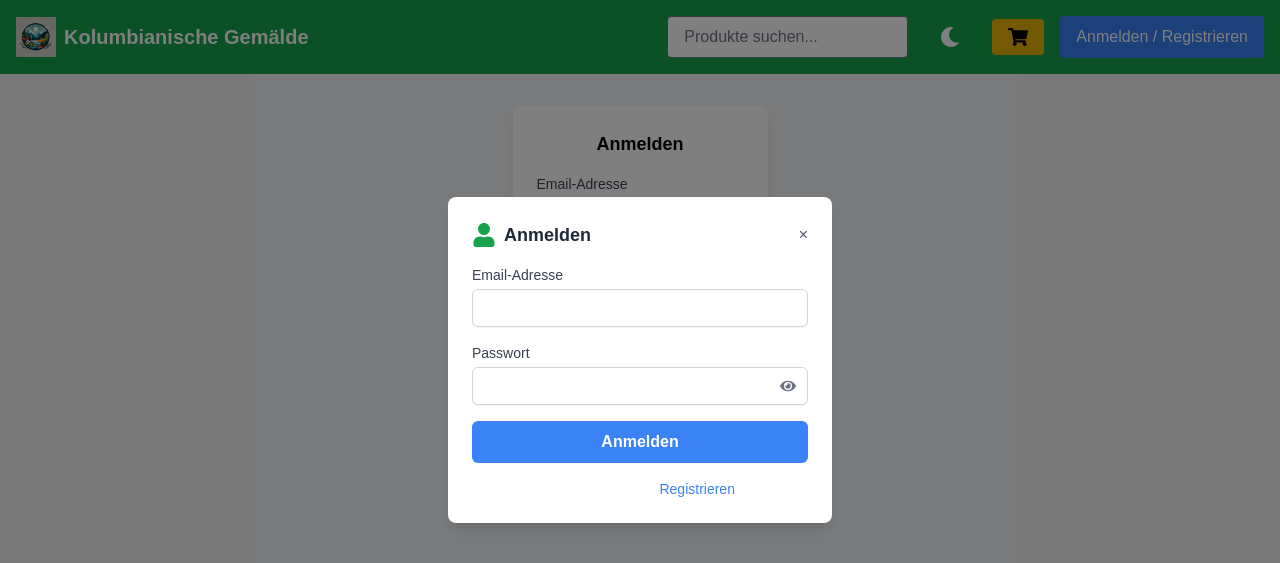
Repository: alixchaparrov/bilder-shop
Page: /, after clicking the first element matching `button.bg-blue-500`
An editor plug-in stored every save of this project. The page is shown before and after the next save, followed by the edit.
The browser window is 1280 px wide. The pictures show the whole page.
The page's requests for data from a server got no answer. The project was rebuilt for these pictures with package versions that can differ from the ones it lists, and the page was loaded fresh each time. The framework's server and built-in components were replaced by stand-ins that run in the browser. No one was signed in, and anything a server would have sent is missing. Also part of the build but not shown: next.config.ts, src/store/cartStore.ts, src/app/components/ProductCard.tsx.

Above is the page before, as saved 2025-01-06 16:52:45.

After the next save:
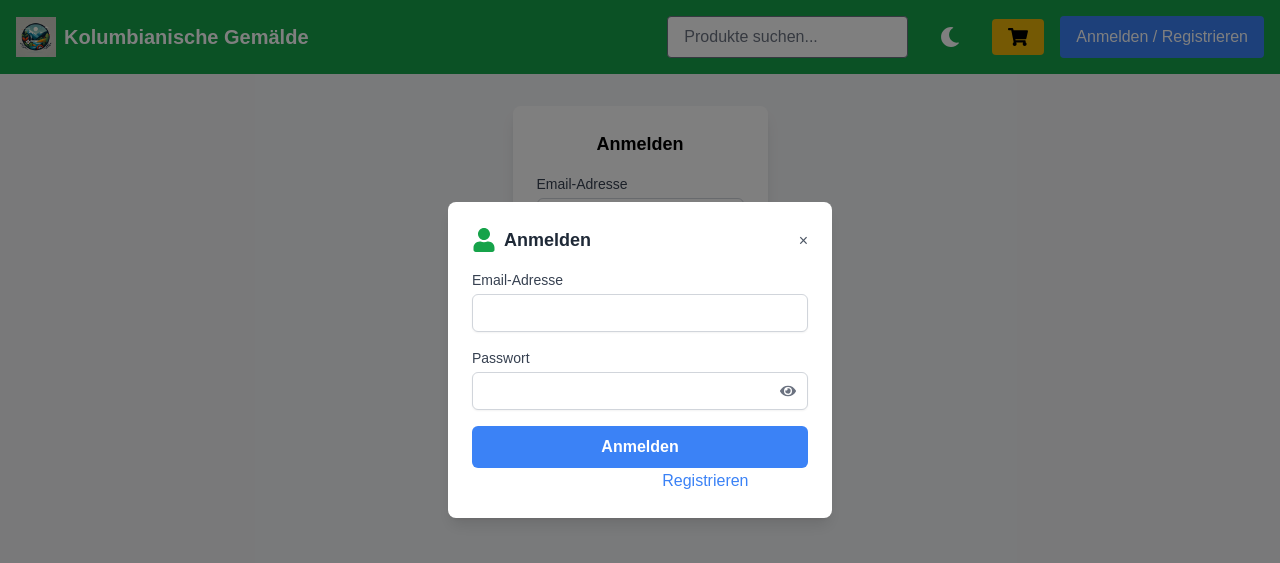
Saved 24 min 55 s later.
--- a/src/app/components/AuthModalContent.tsx
+++ b/src/app/components/AuthModalContent.tsx
@@ -136,7 +136,7 @@
 
         {/* Footer */}
 
-        <div className="mt-4 text-sm text-center">
+        <div className="flex flex-col items-center">
           {isRegistering ? (
             <p>
               Haben Sie ein Konto?{" "}

After the save that followed:
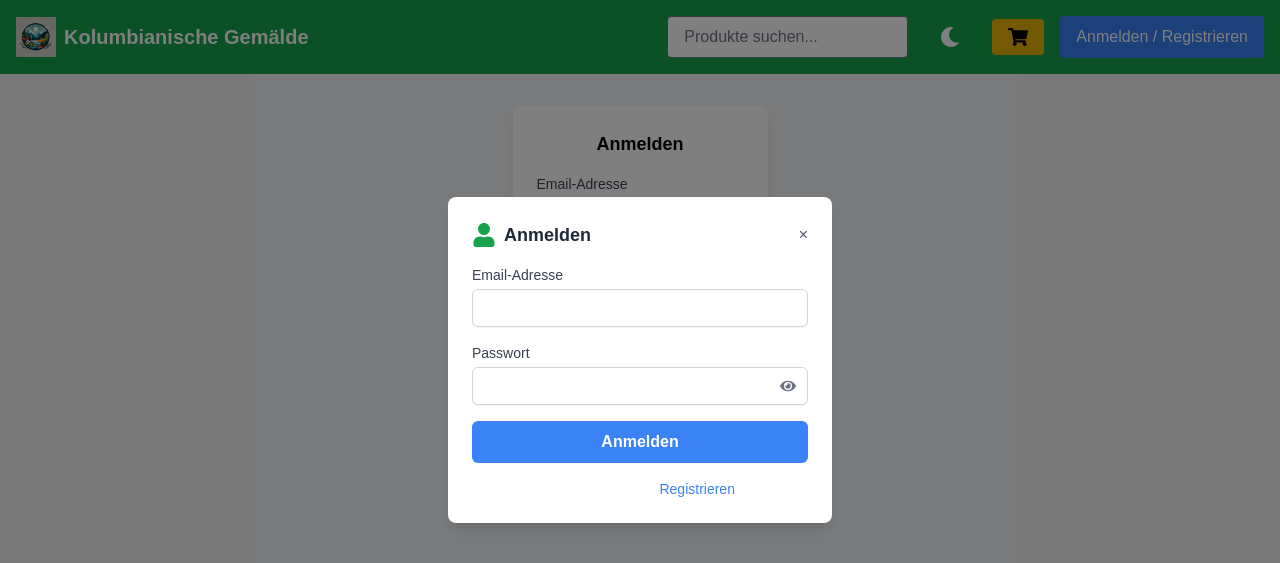
Saved 3 min 39 s later.
--- a/src/app/components/AuthModalContent.tsx
+++ b/src/app/components/AuthModalContent.tsx
@@ -135,10 +135,9 @@
         </form>
 
         {/* Footer */}
-
-        <div className="flex flex-col items-center">
+        <div className="flex flex-col items-center mt-4">
           {isRegistering ? (
-            <p>
+            <p className="text-sm">
               Haben Sie ein Konto?{" "}
               <button
                 type="button"
@@ -149,7 +148,7 @@
               </button>
             </p>
           ) : (
-            <p>
+            <p className="text-sm">
               Noch kein Konto?{" "}
               <button
                 type="button"
